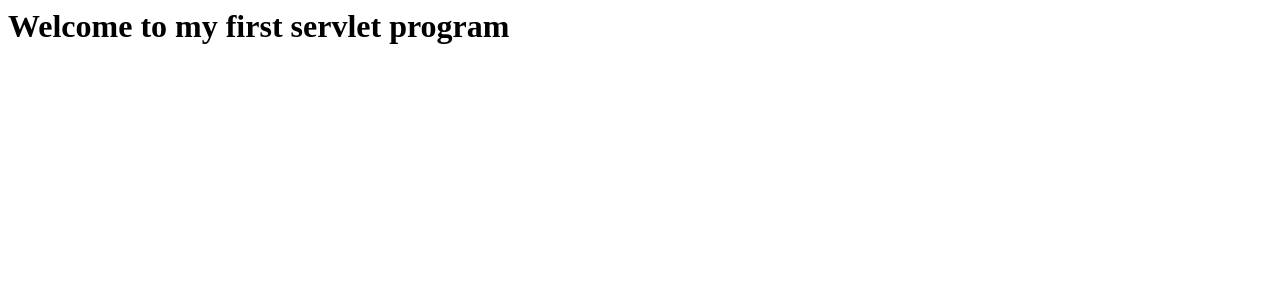
Repository: riyabisht11/AdvanceJavaTraining
Page: http://localhost/SecondServletProject/Welcome2
An editor plug-in stored every save of this project. The page is shown before and after the next save, followed by the edit.
The browser window is 1280 px wide. The pictures show the whole page.
The page is served by Tomcat 9. Other server files are loaded and not shown.

Above is the page before, as saved 2023-02-14 08:38:05.

### SecondServletProject/src/Welcome2.java


import java.io.IOException;
import java.io.PrintWriter;

import javax.servlet.ServletException;
import javax.servlet.annotation.WebServlet;
import javax.servlet.http.HttpServlet;
import javax.servlet.http.HttpServletRequest;
import javax.servlet.http.HttpServletResponse;


@WebServlet("/Welcome2")
public class Welcome2 extends HttpServlet {
	private static final long serialVersionUID = 1L;

	/**
	 * @see HttpServlet#doGet(HttpServletRequest request, HttpServletResponse response)
	 */
	protected void doGet(HttpServletRequest request, HttpServletResponse response) throws ServletException, IOException {
		PrintWriter out=response.getWriter();
		response.setContentType("text/html");
		out.print("<html><body>");
		out.print("<h1>Welcome to my first servlet program<h1>");
		out.print("</body></html>");
	}

}

After the next save:
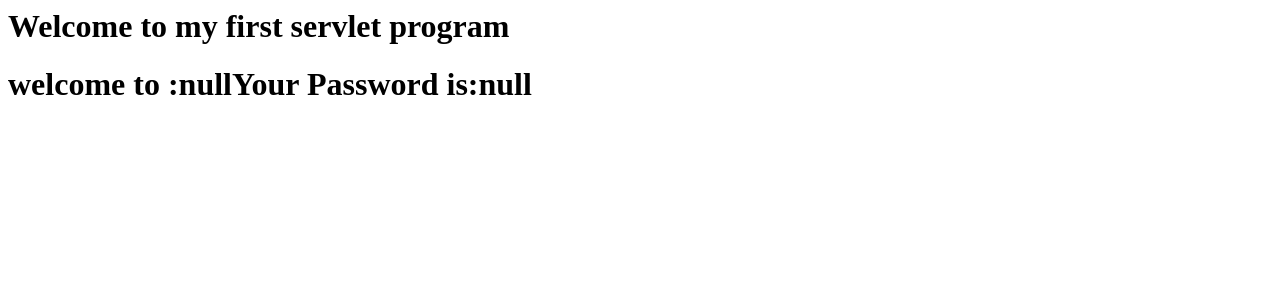
Saved 31 min 30 s later.
--- a/SecondServletProject/src/Welcome2.java
+++ b/SecondServletProject/src/Welcome2.java
@@ -23,6 +23,10 @@ public class Welcome2 extends HttpServlet {
 		out.print("<html><body>");
 		out.print("<h1>Welcome to my first servlet program<h1>");
 		out.print("</body></html>");
+		String uname=request.getParameter("uname");
+		String password=request.getParameter("pwd");
+		out.print("welcome to :"+uname);
+		out.print("Your Password is:"+password);
 	}
 
 }
